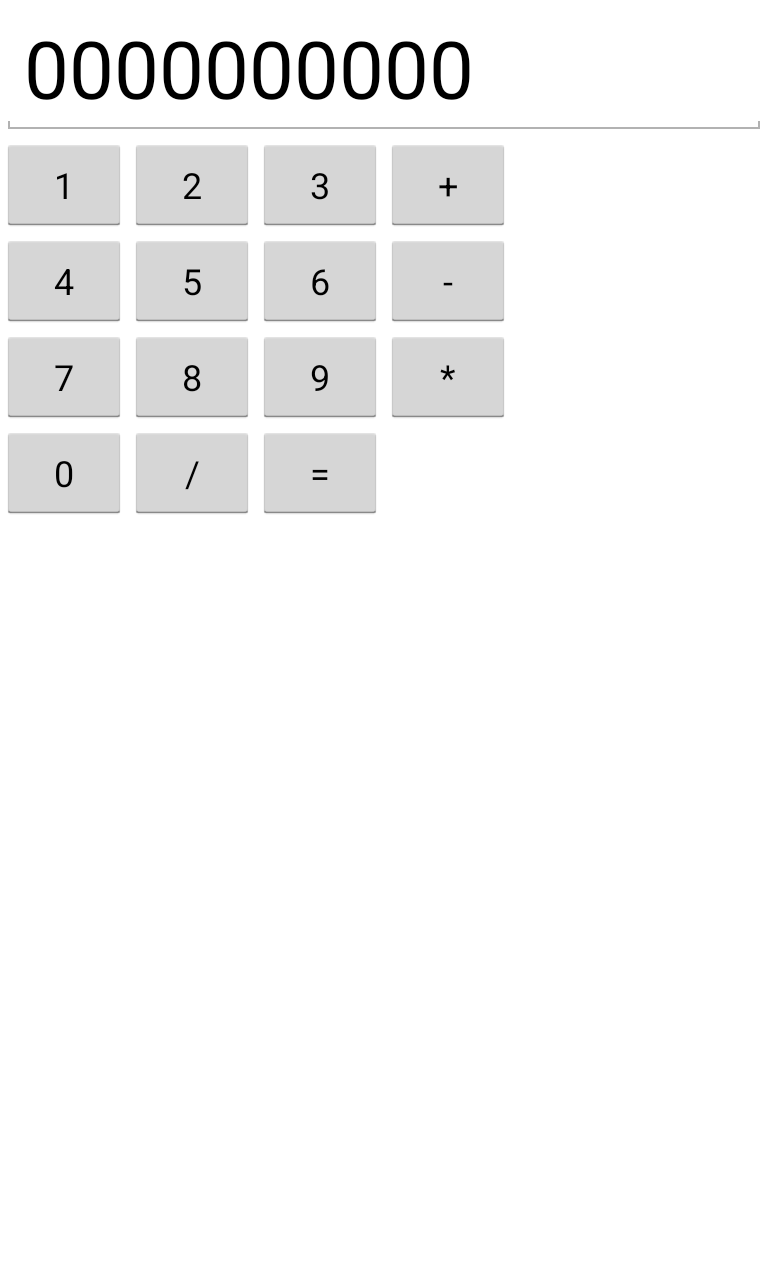
Repository: sfranco/Android
Layout: Calculadora/res/layout/activity_main.xml
These files come from the project's save history. The layout is drawn as it stood at one moment and after the next save; the edit follows.
It is drawn on a 768 x 1280 px phone screen (xhdpi) without system bars, with theme AppTheme; the app's code is not run.

Above is the layout before, as saved 2013-08-23 17:13:14.

### Calculadora/res/layout/activity_main.xml
<LinearLayout xmlns:android="http://schemas.android.com/apk/res/android"
    android:layout_width="match_parent"
    android:layout_height="match_parent"
    android:orientation="vertical" >

    <EditText
        android:id="@+id/solucion"
        android:textSize="40sp"
        android:layout_width="fill_parent"
		android:layout_height="wrap_content"
		android:text="0000000000">
    </EditText>

    <TableLayout
        android:layout_width="fill_parent"
        android:layout_height="fill_parent" >

        <TableRow
            android:id="@+id/num1"
            android:layout_width="wrap_content"
            android:layout_height="wrap_content" >

            <Button
                android:id="@+id/num1"
                android:layout_width="wrap_content"
                android:layout_height="wrap_content"
                android:onClick="1"
                android:text="1" />

            <Button
                android:id="@+id/num2"
                android:layout_width="wrap_content"
                android:layout_height="wrap_content"
                android:onClick="2"
                android:text="2" />

            <Button
                android:id="@+id/num3"
                android:layout_width="wrap_content"
                android:layout_height="wrap_content"
                android:onClick="3"
                android:text="3" />

            <Button
                android:id="@+id/mas"
                android:layout_width="wrap_content"
                android:layout_height="wrap_content"
                android:onClick="+"
                android:text="+" />
        </TableRow>

        <TableRow
            android:id="@+id/tableRow2"
            android:layout_width="wrap_content"
            android:layout_height="wrap_content" >

            <Button
                android:id="@+id/num4"
                android:layout_width="wrap_content"
                android:layout_height="wrap_content"
                android:onClick="4"
                android:text="4" />

            <Button
                android:id="@+id/num5"
                android:layout_width="wrap_content"
                android:layout_height="wrap_content"
                android:onClick="5"
                android:text="5" />

            <Button
                android:id="@+id/num6"
                android:layout_width="wrap_content"
                android:layout_height="wrap_content"
                android:onClick="6"
                android:text="6" />

            <Button
                android:id="@+id/resta"
                android:layout_width="wrap_content"
                android:layout_height="wrap_content"
                android:onClick="-"
                android:text="-" />
        </TableRow>

        <TableRow
            android:id="@+id/tableRow3"
            android:layout_width="wrap_content"
            android:layout_height="wrap_content" >

            <Button
                android:id="@+id/num7"
                android:layout_width="wrap_content"
                android:layout_height="wrap_content"
                android:onClick="7"
                android:text="7" />

            <Button
                android:id="@+id/num8"
                android:layout_width="wrap_content"
                android:layout_height="wrap_content"
                android:onClick="8"
                android:text="8" />

            <Button
                android:id="@+id/num9"
                android:layout_width="wrap_content"
                android:layout_height="wrap_content"
                android:onClick="9"
                android:text="9" />

            <Button
                android:id="@+id/multi"
                android:layout_width="wrap_content"
                android:layout_height="wrap_content"
                android:onClick="*"
                android:text="*" />
        </TableRow>

        <TableRow
            android:id="@+id/tableRow4"
            android:layout_width="wrap_content"
            android:layout_height="wrap_content" >

            <Button
                android:id="@+id/num0"
                android:layout_width="wrap_content"
                android:layout_height="wrap_content"
                android:onClick="0"
                android:text="0" />

            <Button
                android:id="@+id/division"
                android:layout_width="wrap_content"
                android:layout_height="wrap_content"
                android:onClick="/"
                android:text="/" />

            <Button
                android:id="@+id/igual"
                android:layout_width="wrap_content"
                android:layout_height="wrap_content"
                android:onClick="="
                android:text="=" />
        </TableRow>
    </TableLayout>

</LinearLayout>

Loaded but not shown: Calculadora/res/values/styles.xml (common file); Calculadora/res/values-v11/styles.xml (common file); Calculadora/res/values-v14/styles.xml (common file)

After the next save:
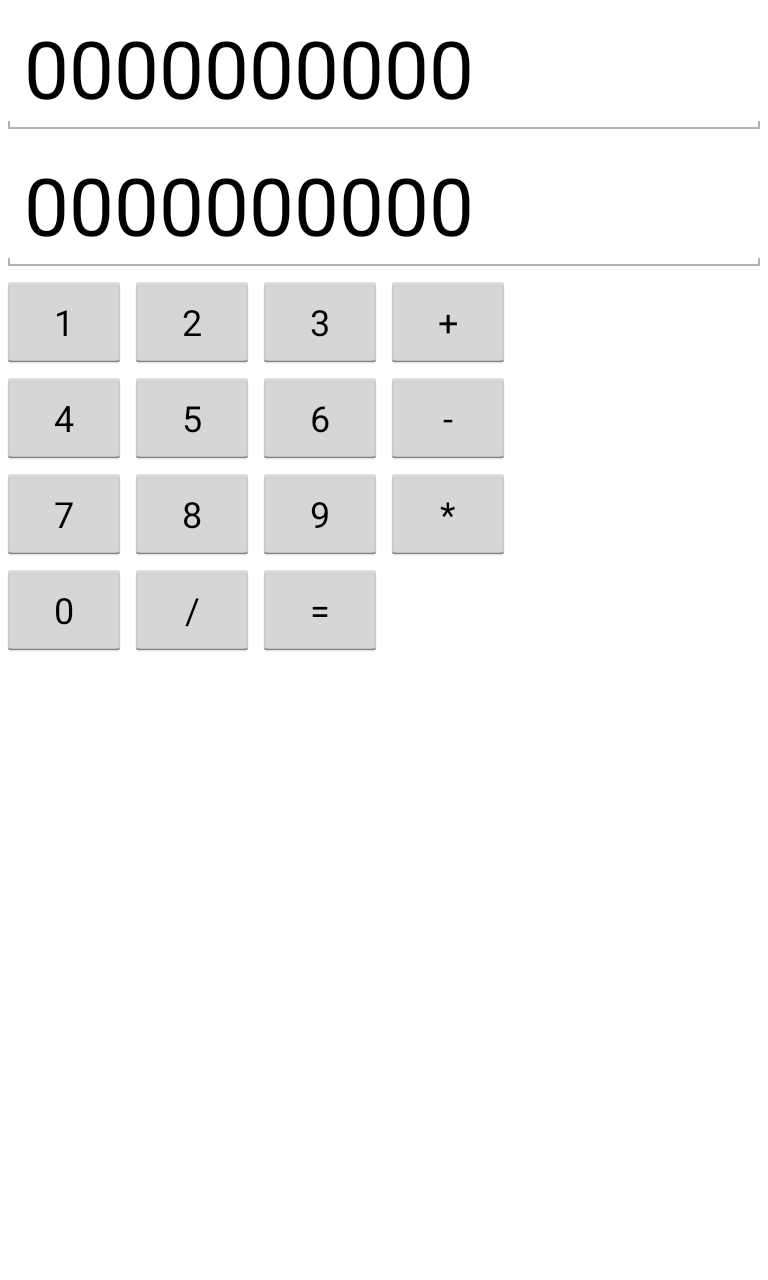
Saved 2 min 33 s later.
--- a/Calculadora/res/layout/activity_main.xml
+++ b/Calculadora/res/layout/activity_main.xml
@@ -4,7 +4,15 @@
     android:orientation="vertical" >
 
     <EditText
-        android:id="@+id/solucion"
+        android:id="@+id/n1"
+        android:textSize="40sp"
+        android:layout_width="fill_parent"
+		android:layout_height="wrap_content"
+		android:text="0000000000">
+    </EditText>
+
+     <EditText
+        android:id="@+id/n2"
         android:textSize="40sp"
         android:layout_width="fill_parent"
 		android:layout_height="wrap_content"
